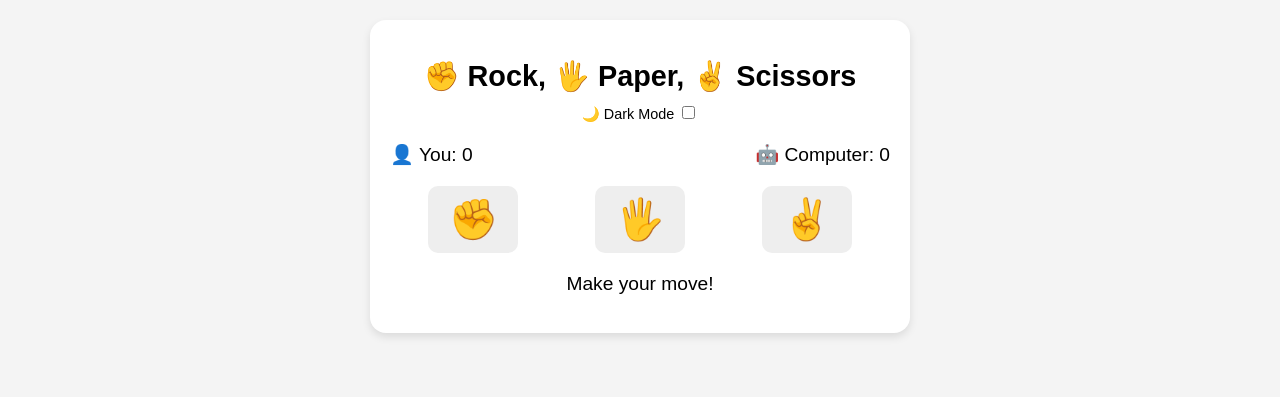
Repository: alokanand524/anand-portfolio
Page: games/rock-paper-game/index.html
These files come from the project's save history. The page is drawn as it stood at one moment and after the next save; the edit follows.
The browser window is 1280 px wide. The pictures show the whole page.

Above is the page before, as saved 2025-07-31 16:11:12.

### games/rock-paper-game/index.html
<!DOCTYPE html>
<html lang="en">
<head>
  <meta charset="UTF-8" />
  <meta name="viewport" content="width=device-width, initial-scale=1.0"/>
  <title>✊🖐✌ Rock Paper Scissors</title>
  <link rel="stylesheet" href="style.css" />
  <script src="https://code.jquery.com/jquery-3.6.0.min.js"></script>
</head>
<body>
  <div class="game-container">
    <h1>✊ Rock, 🖐 Paper, ✌ Scissors</h1>

    <label class="dark-toggle">
      🌙 Dark Mode
      <input type="checkbox" id="dark-toggle" />
    </label>

    <div class="scoreboard">
      <div>👤 You: <span id="player-score">0</span></div>
      <div>🤖 Computer: <span id="computer-score">0</span></div>
    </div>

    <div class="choices">
      <button class="choice" data-choice="rock">✊</button>
      <button class="choice" data-choice="paper">🖐</button>
      <button class="choice" data-choice="scissors">✌</button>
    </div>

    <div id="result">Make your move!</div>

    <audio id="win-sound" src="https://assets.mixkit.co/sfx/preview/mixkit-video-game-win-2016.mp3"></audio>
    <audio id="lose-sound" src="https://assets.mixkit.co/sfx/preview/mixkit-losing-piano-2024.mp3"></audio>
    <audio id="draw-sound" src="https://assets.mixkit.co/sfx/preview/mixkit-arcade-retro-game-over-213.wav"></audio>
  </div>

  <script src="script.js"></script>
</body>
</html>

### games/rock-paper-game/style.css
body {
  font-family: Arial, sans-serif;
  background: #f4f4f4;
  margin: 0;
  padding: 20px;
  text-align: center;
  transition: background 0.3s, color 0.3s;
}

.game-container {
  max-width: 500px;
  margin: auto;
  padding: 20px;
  border-radius: 16px;
  background: white;
  box-shadow: 0 4px 8px rgba(0,0,0,0.1);
}

h1 {
  font-size: 1.8em;
  margin-bottom: 10px;
}

.scoreboard {
  display: flex;
  justify-content: space-between;
  margin: 10px 0 20px;
  font-size: 1.2em;
}

.choices {
  display: flex;
  justify-content: space-around;
  margin: 20px 0;
}

.choice {
  font-size: 2.5em;
  padding: 10px 20px;
  background: #eee;
  border: none;
  border-radius: 10px;
  transition: transform 0.2s;
}

.choice:hover {
  transform: scale(1.1);
  background: #ddd;
  cursor: pointer;
}

#result {
  font-size: 1.2em;
  margin-top: 15px;
  min-height: 40px;
}

.dark-mode {
  background: #1e1e1e;
  color: #f4f4f4;
}

.dark-mode .game-container {
  background: #2b2b2b;
  box-shadow: none;
}

.dark-toggle {
  font-size: 0.9em;
  margin-bottom: 10px;
  display: inline-block;
}

@media (max-width: 480px) {
  .choices {
    flex-direction: column;
    gap: 15px;
  }
  .choice {
    width: 100%;
  }
}

### games/rock-paper-game/script.js
$(document).ready(function () {
  const choices = ["rock", "paper", "scissors"];
  let playerScore = 0;
  let computerScore = 0;

  function playSound(result) {
    const soundMap = {
      win: '#win-sound',
      lose: '#lose-sound',
      draw: '#draw-sound'
    };
    $(soundMap[result])[0].play();
  }

  function getComputerChoice() {
    const rand = Math.floor(Math.random() * 3);
    return choices[rand];
  }

  function determineWinner(player, computer) {
    if (player === computer) return "draw";
    if (
      (player === "rock" && computer === "scissors") ||
      (player === "scissors" && computer === "paper") ||
      (player === "paper" && computer === "rock")
    ) return "win";
    return "lose";
  }

  $(".choice").click(function () {
    const playerChoice = $(this).data("choice");
    const computerChoice = getComputerChoice();

    const result = determineWinner(playerChoice, computerChoice);
    playSound(result);

    if (result === "win") {
      playerScore++;
      $("#result").text(`✅ You win! ${playerChoice} beats ${computerChoice}`);
    } else if (result === "lose") {
      computerScore++;
      $("#result").text(`❌ You lose! ${computerChoice} beats ${playerChoice}`);
    } else {
      $("#result").text(`🤝 It's a draw! You both chose ${playerChoice}`);
    }

    $("#player-score").text(playerScore);
    $("#computer-score").text(computerScore);
  });

  $("#dark-toggle").change(function () {
    $("body").toggleClass("dark-mode");
  });
});

After the next save:
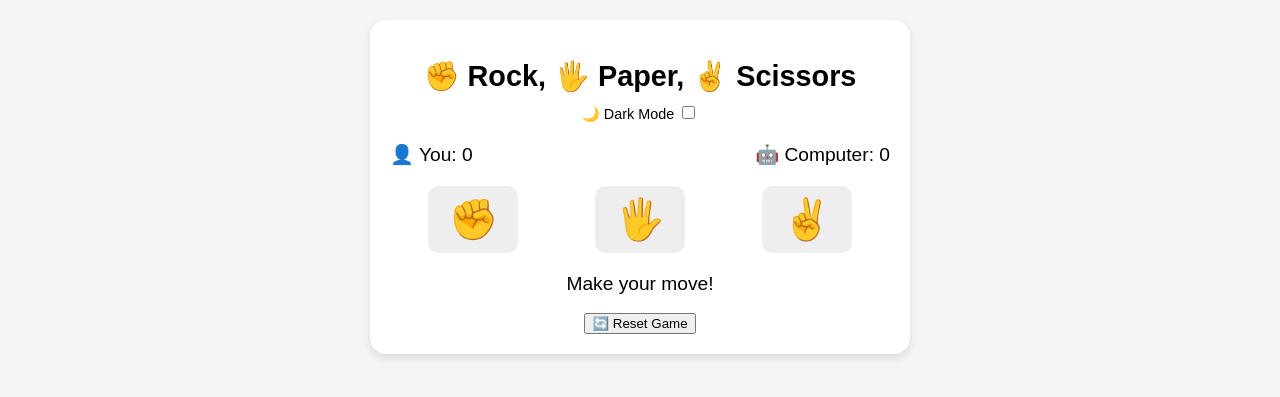
Saved 107 s later.
--- a/games/rock-paper-game/index.html
+++ b/games/rock-paper-game/index.html
@@ -1,39 +1,44 @@
 <!DOCTYPE html>
 <html lang="en">
+
 <head>
-  <meta charset="UTF-8" />
-  <meta name="viewport" content="width=device-width, initial-scale=1.0"/>
-  <title>✊🖐✌ Rock Paper Scissors</title>
-  <link rel="stylesheet" href="style.css" />
-  <script src="https://code.jquery.com/jquery-3.6.0.min.js"></script>
+    <meta charset="UTF-8" />
+    <meta name="viewport" content="width=device-width, initial-scale=1.0" />
+    <title>✊🖐✌ Rock Paper Scissors</title>
+    <link rel="stylesheet" href="style.css" />
+    <script src="https://code.jquery.com/jquery-3.6.0.min.js"></script>
 </head>
+
 <body>
-  <div class="game-container">
-    <h1>✊ Rock, 🖐 Paper, ✌ Scissors</h1>
+    <div class="game-container">
+        <h1>✊ Rock, 🖐 Paper, ✌ Scissors</h1>
 
-    <label class="dark-toggle">
-      🌙 Dark Mode
-      <input type="checkbox" id="dark-toggle" />
-    </label>
+        <label class="dark-toggle">
+            🌙 Dark Mode
+            <input type="checkbox" id="dark-toggle" />
+        </label>
 
-    <div class="scoreboard">
-      <div>👤 You: <span id="player-score">0</span></div>
-      <div>🤖 Computer: <span id="computer-score">0</span></div>
+        <div class="scoreboard">
+            <div>👤 You: <span id="player-score">0</span></div>
+            <div>🤖 Computer: <span id="computer-score">0</span></div>
+        </div>
+
+        <div class="choices">
+            <button class="choice" data-choice="rock">✊</button>
+            <button class="choice" data-choice="paper">🖐</button>
+            <button class="choice" data-choice="scissors">✌</button>
+        </div>
+
+        <div id="result">Make your move!</div>
+
+        <button class="reset-btn" onclick="resetGame()">🔄 Reset Game</button>
+
+        <audio id="win-sound" src="https://assets.mixkit.co/sfx/preview/mixkit-video-game-win-2016.mp3"></audio>
+        <audio id="lose-sound" src="https://assets.mixkit.co/sfx/preview/mixkit-losing-piano-2024.mp3"></audio>
+        <audio id="draw-sound" src="https://assets.mixkit.co/sfx/preview/mixkit-arcade-retro-game-over-213.wav"></audio>
     </div>
 
-    <div class="choices">
-      <button class="choice" data-choice="rock">✊</button>
-      <button class="choice" data-choice="paper">🖐</button>
-      <button class="choice" data-choice="scissors">✌</button>
-    </div>
+    <script src="script.js"></script>
+</body>
 
-    <div id="result">Make your move!</div>
-
-    <audio id="win-sound" src="https://assets.mixkit.co/sfx/preview/mixkit-video-game-win-2016.mp3"></audio>
-    <audio id="lose-sound" src="https://assets.mixkit.co/sfx/preview/mixkit-losing-piano-2024.mp3"></audio>
-    <audio id="draw-sound" src="https://assets.mixkit.co/sfx/preview/mixkit-arcade-retro-game-over-213.wav"></audio>
-  </div>
-
-  <script src="script.js"></script>
-</body>
 </html>
